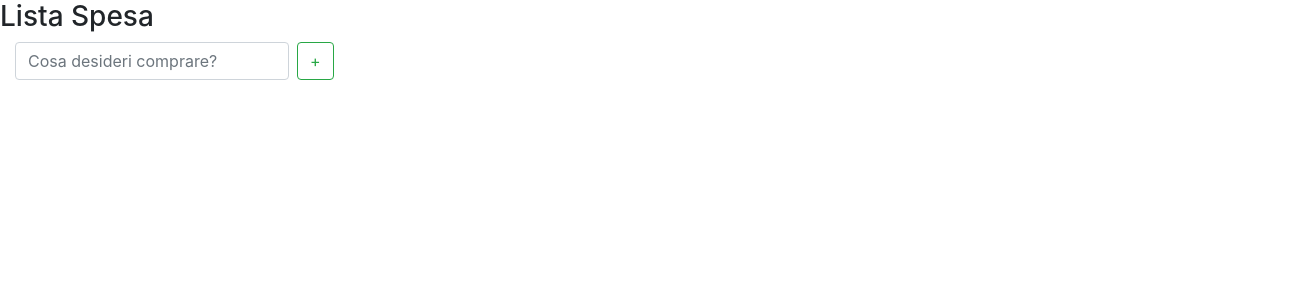
Repository: andreadipilato/TodoList
Page: /
An editor plug-in stored every save of this project. The page is shown before and after the next save, followed by the edit.
The browser window is 1280 px wide. The page is 1280 px wide, then 1295 px, so the pictures cover 1295 px, including what lies to the right of the window. The pictures show the whole page.
The project was rebuilt for these pictures with package versions that can differ from the ones it lists, and the page was loaded fresh each time. Also part of the build but not shown: src/App.css.

Above is the page before, as saved 2020-12-04 16:07:56.

After the next save:
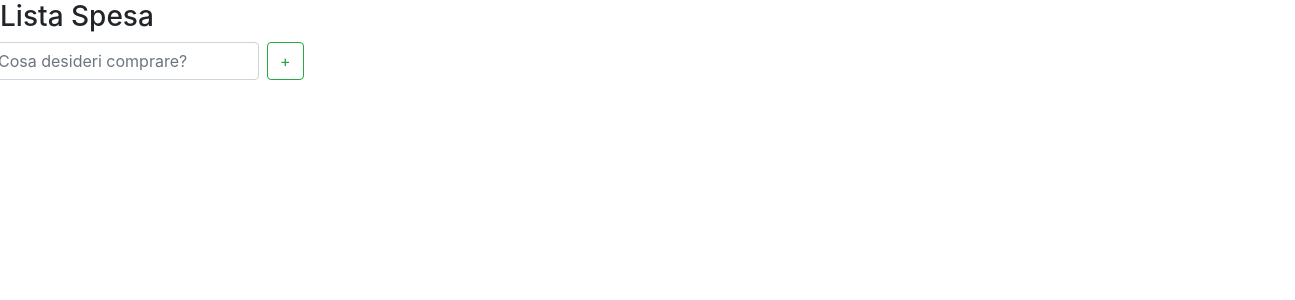
Saved 19 s later.
--- a/src/Cerca.js
+++ b/src/Cerca.js
@@ -12,7 +12,7 @@
 
     render() {
         return (
-            <div className = "col-sm-12">
+            <div className = "row">
                 <form className = "form-inline" onSubmit = {this.addElement}>
                     <input
                         className = "form-control mr-sm-2"
